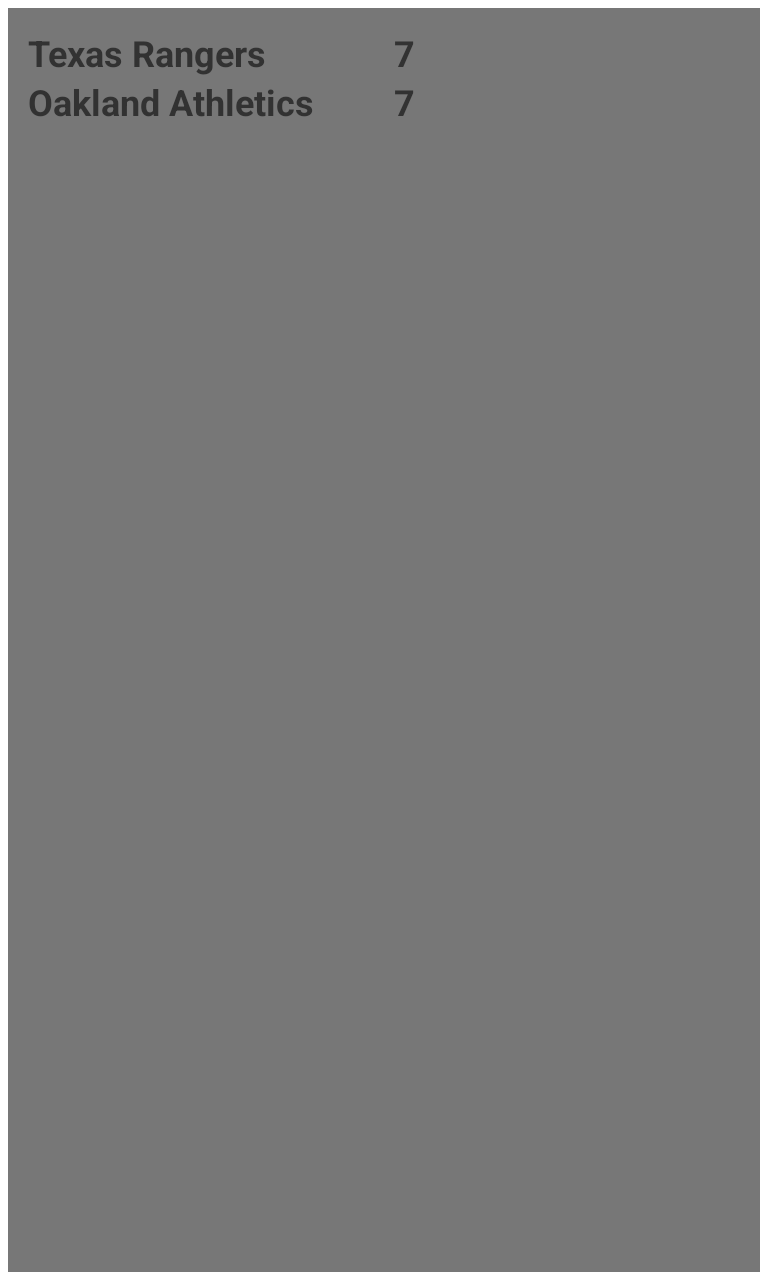
Repository: jemcphe/MDF3
Layout: Week3 Widget/TeamWidget/res/layout/widget_layout.xml
The author's editor kept a copy of each file at every save. The layout is drawn from the files as they stood at one save, then again after the next save.
It is drawn on a 768 x 1280 px phone screen (xhdpi) without system bars, with theme AppTheme; the app's code is not run.

Above is the layout before, as saved 2013-07-26 02:53:50.

After the next save:
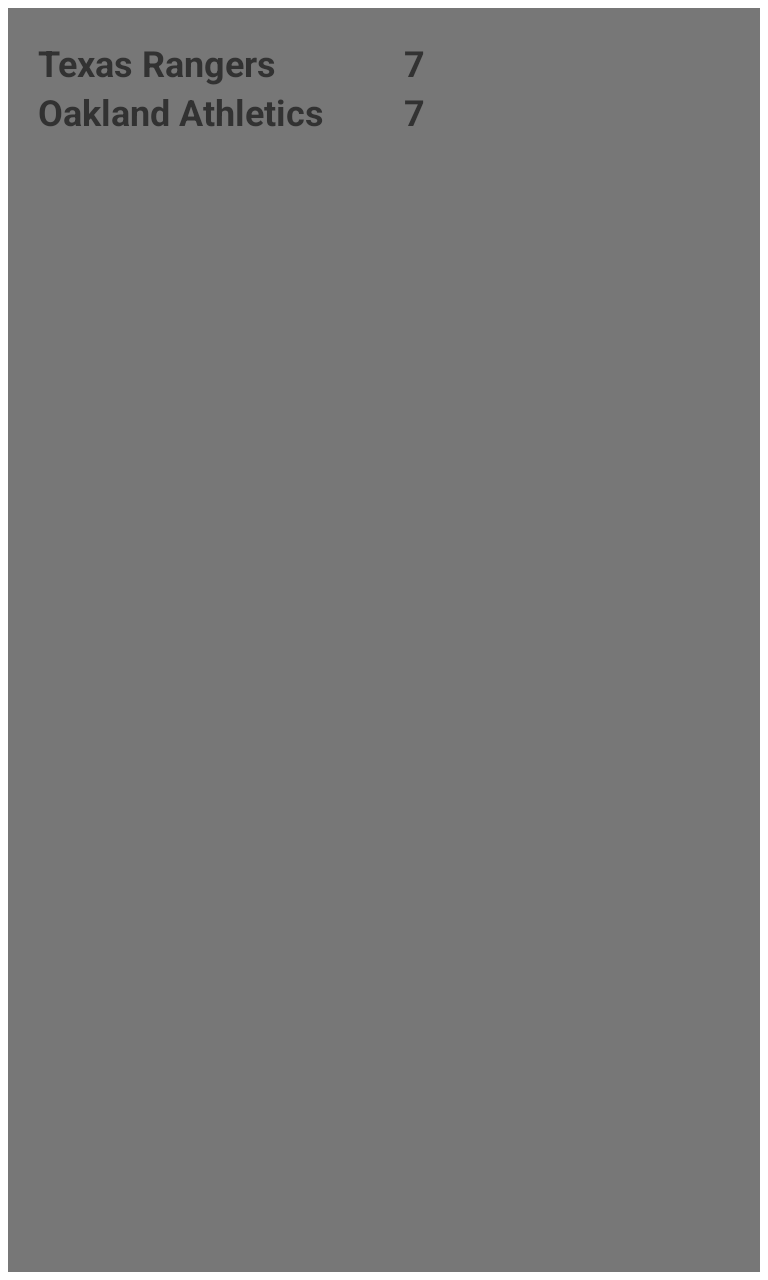
Saved 6 s later.
--- a/Week3 Widget/TeamWidget/res/layout/widget_layout.xml
+++ b/Week3 Widget/TeamWidget/res/layout/widget_layout.xml
@@ -11,7 +11,7 @@
             android:layout_height="match_parent"
             android:columnCount="2"
             android:background="#777777"
-            android:padding="10dp" >
+            android:padding="15dp" >
 
         <TextView
 	        android:id="@+id/team1"
